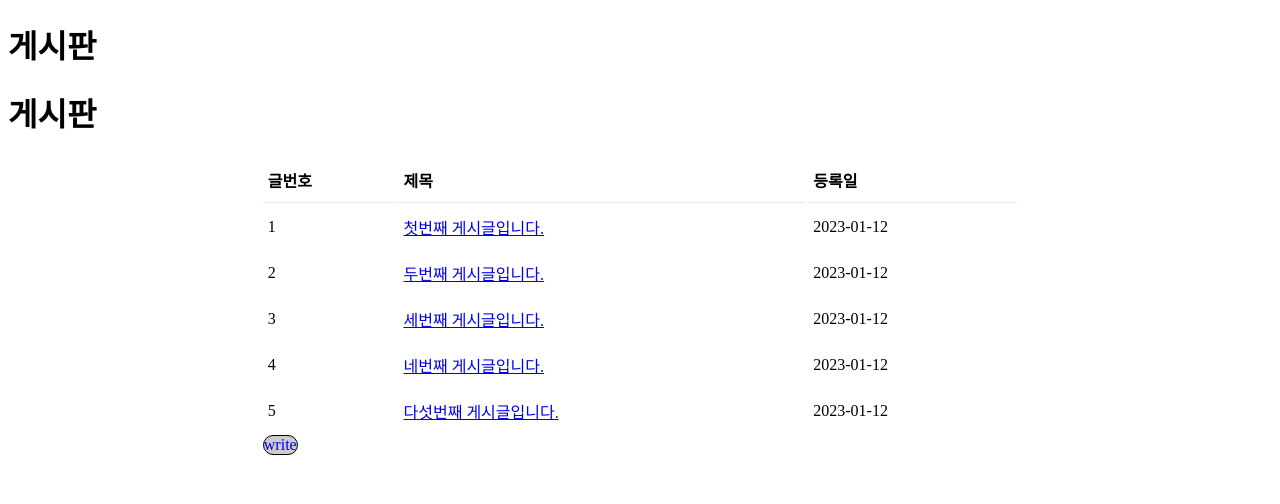
Repository: thdtjdgml415/exVoc
Page: /
An editor plug-in stored every save of this project. The page is shown before and after the next save, followed by the edit.
The browser window is 1280 px wide. The pictures show the whole page.
The project was rebuilt for these pictures with package versions that can differ from the ones it lists, and the page was loaded fresh each time. Also part of the build but not shown: src/Page/Post.css, src/Page/PostView.js.

Above is the page before, as saved 2023-01-13 09:19:45.

### public/index.html
<!DOCTYPE html>
<html lang="en">
<head>
  <meta charset="UTF-8">
  <meta http-equiv="X-UA-Compatible" content="IE=edge">
  <meta name="viewport" content="width=device-width, initial-scale=1.0">
  <title>게시판</title>
</head>
<body>
  <div id="root"></div>
</body>
</html>

### src/App.js
import { BrowserRouter, Routes,  Route } from 'react-router-dom';
import PostMain from './Page/PostMain';
import PostView from './Page/PostView';

function App() {
  return (
    <div className='App'>
      <h1>게시판</h1>
      <BrowserRouter>
        <Routes>
          <Route path='/postView/:no' element={<PostView/>}/>
          <Route path='/' element= {<PostMain/>}/>
        </Routes>
      </BrowserRouter>
    </div>
  )
}

export default App;

### src/Page/PostMain.js
import React from 'react'
import PostList from './PostList'

const PostMain = porps => {
  return (
    <>
      <PostList />
    </>
  )
}
export default PostMain

### src/Page/PostList.js
import React, { useEffect, useState } from 'react';
import { Link } from 'react-router-dom';
import CommonTable from '../components/table/CommonTable';
import CommonTableColumn from '../components/table/CommonTableColumn';
import CommonTableRow from '../components/table/CommonTableRow';
import CommonTableWriteBtn from '../components/table/CommonTableWriteBtn';
import { postList } from '../Data';

const PostList = props => {
  const [ dataList, setDataList ] = useState([])

  useEffect(()=> {
    setDataList(postList);
  }, [ ])

  return (
    <>
    <h1>게시판</h1>
      <CommonTable headersName={['글번호', '제목', '등록일']}>
       {
          dataList ? dataList.map((item, index) => {
            return(
              <CommonTableRow key={index}>
                <CommonTableColumn>{item.no}</CommonTableColumn>
                <CommonTableColumn>
                  <Link to={`/postView/${item.no}`}>{item.title}</Link></CommonTableColumn>
                <CommonTableColumn>{item.createDate}</CommonTableColumn>
              </CommonTableRow>
            )
          }) : ''
       }
      <Link to={'/Registration/'}>
        <CommonTableWriteBtn/>
      </Link>
      </CommonTable>
    </>
  )
}

export default PostList

### src/Data.js
const postList = [
    {
        "no": 1,
        "title": "첫번째 게시글입니다.",
        "content": "첫번째 게시글 내용입니다.",
        "createDate": "2023-01-12"
      },
      {
        "no": 2,
        "title": "두번째 게시글입니다.",
        "content": "두번째 게시글 내용입니다.",
        "createDate": "2023-01-12"
      },
      {
        "no": 3,
        "title": "세번째 게시글입니다.",
        "content": "세번째 게시글 내용입니다.",
        "createDate": "2023-01-12"
      },
      {
        "no": 4,
        "title": "네번째 게시글입니다.",
        "content": "네번째 게시글 내용입니다.",
        "createDate": "2023-01-12"
      },
      {
        "no": 5,
        "title": "다섯번째 게시글입니다.",
        "content": "다섯번째 게시글 내용입니다.",
        "createDate": "2023-01-12"
      },
]

const getPostByNo = no => {

    const array = postList.filter(x=>x.no===no);
    if(array.length == 1) {
        return array[1];
    }
    return null;
}

export {
    postList,
    getPostByNo
};

### src/components/table/CommonTable.js
import React from 'react'
import './CommonTable.css'

const CommonTable = props => {
    const {headersName, children} = props;

  return (
    <table>
        <thead>
            <tr>
                {
                    headersName.map((item, index) => {
                        return (
                            <td className='common-table-header-column' key={index}>{ item }</td>
                        )
                    })
                }
            </tr>
        </thead>
        <tbody>
            {
                children
            }
        </tbody>
    </table>
  )
}

export default CommonTable

### src/components/table/CommonTableColumn.js
import React from 'react';

const CommonTableColumn = ({ children }) => {
  return (
    <td className='common-table-column'>
      {
        children
      }
    </td>
  )
}

export default CommonTableColumn

### src/components/table/CommonTableRow.js
import React from 'react';

const CommonTableRow = ({ children }) => {
  return (
    <tr className="common-table-row">
      {
        children
      }
    </tr>
  )
}

export default CommonTableRow;

### src/components/table/CommonTableWriteBtn.js
import React from 'react';


const CommonTableWriteBtn = () => {
  return (
    <div className='post-write-btn'
     style={{border: '1px solid black', display: 'inline-block', backgroundColor: '#ccc'}}>write</div>
  )
}

export default CommonTableWriteBtn

### src/components/table/CommonTable.css
table {
  margin: 0 auto;
  width: 60%;
}

.common-table {
    width: 70%;
    margin: 0 auto;
    text-align: center;
    border-spacing: 0;
  }

.common-table-header-column {
  border-bottom: 1px solid #e8e8e8;
  padding: 0;
  font-size: 16px;
  padding: 10px 5px;
  font-weight: bold;
}

.common-table-row:hover {
  background-color: #eceaea;
  cursor: pointer;
}

.common-table-column {
  padding: 10px 5px;
}


/* button */
.post-write-btn {
  border-radius: 10px;
}

Loaded but not shown: src/index.js (common file)

After the next save:
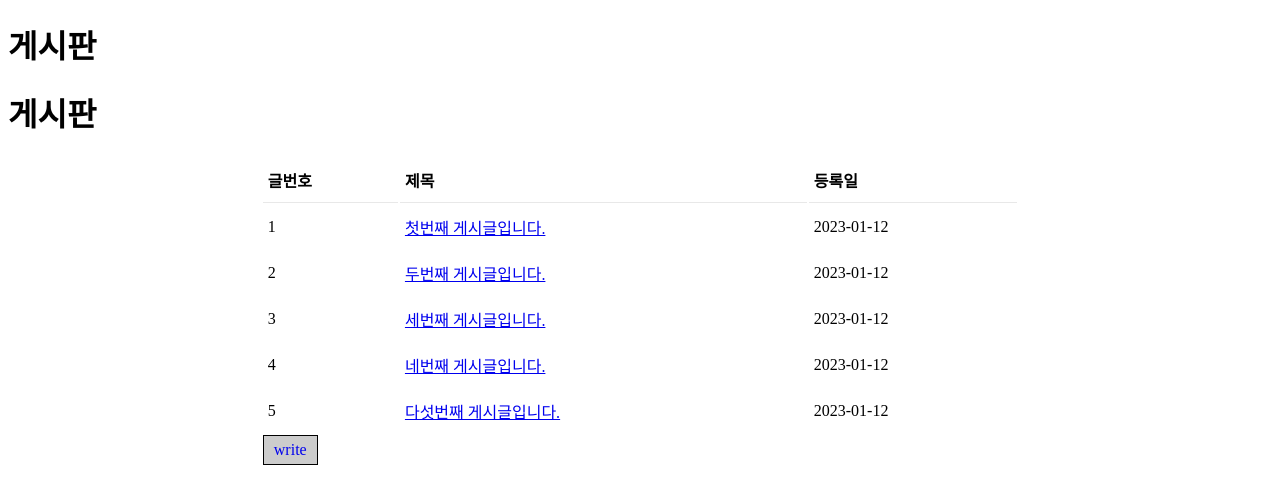
Saved 11 s later.
--- a/src/components/table/CommonTable.css
+++ b/src/components/table/CommonTable.css
@@ -30,5 +30,5 @@ table {
 
 /* button */
 .post-write-btn {
-  border-radius: 10px;
+  padding: 5px 10px;
 }
